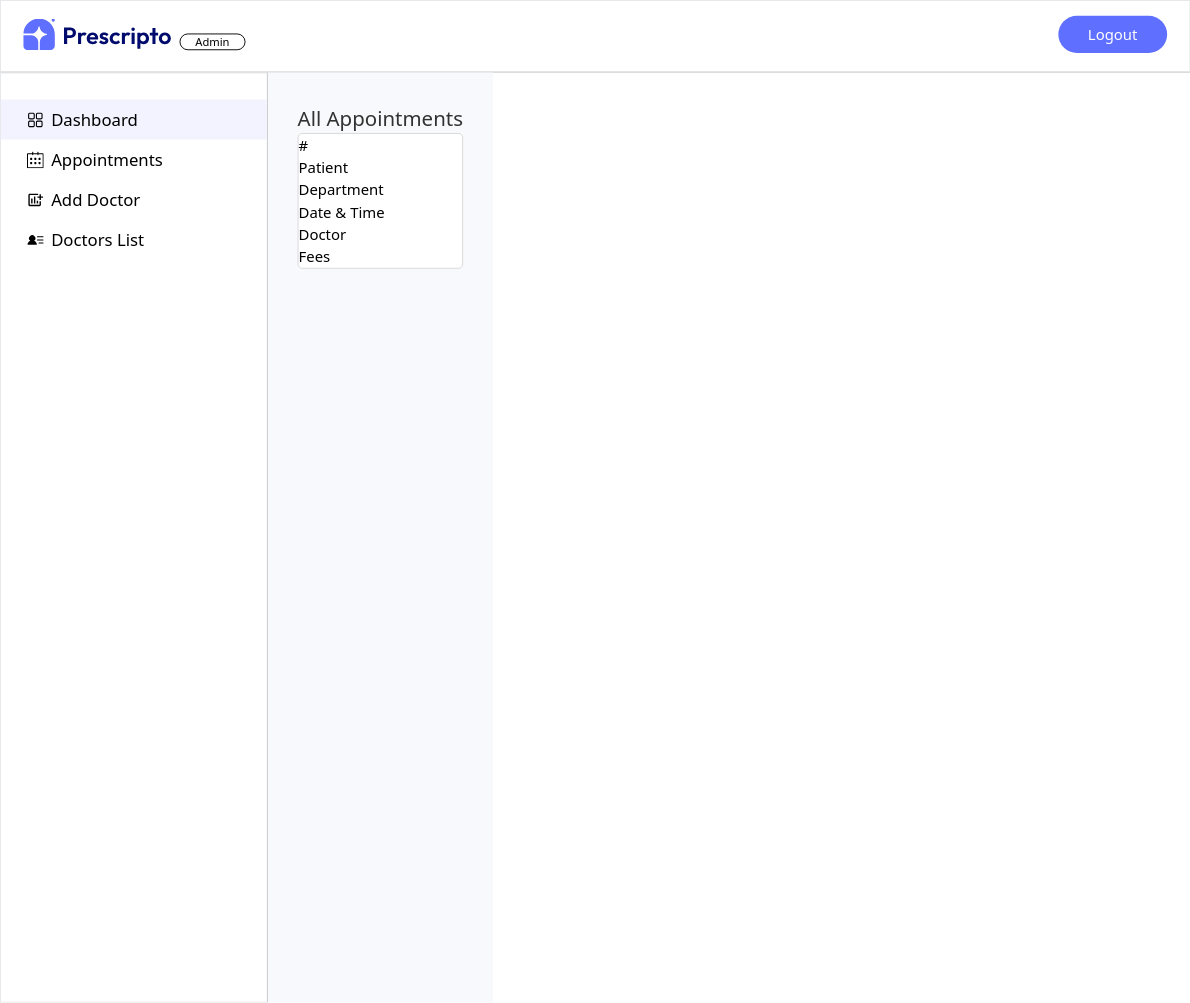
Repository: AzizHamdi99/Prescripto
Page: /allAppointments (app in AdminPanel/)
The author's editor kept a copy of each file at every save. The page is drawn from the files as they stood at one save, then again after the next save.
The browser window is 1280 px wide. The pictures show the whole page, at 93% of full size.
The page's requests for data from a server got no answer. The project was rebuilt for these pictures with package versions that can differ from the ones it lists, and the page was loaded fresh each time. No one was signed in, and anything a server would have sent is missing. Also part of the build but not shown: AdminPanel/vite.config.js, AdminPanel/src/componants/AddDoctor.jsx, AdminPanel/src/componants/DocotorsList.jsx.

Above is the page before, as saved 2025-01-17 13:10:11.

### AdminPanel/index.html
<!doctype html>
<html lang="en">
  <head>
    <meta charset="UTF-8" />
    <link rel="icon" type="image/svg+xml" href="/vite.svg" />
    <meta name="viewport" content="width=device-width, initial-scale=1.0" />
    <title>Prescripto Admin</title>
  </head>
  <body>
    <div id="root"></div>
    <script type="module" src="/src/main.jsx"></script>
  </body>
</html>

### AdminPanel/src/main.jsx
import { StrictMode } from 'react'
import { createRoot } from 'react-dom/client'
import './index.css'
import App from './App.jsx'
import { BrowserRouter } from "react-router-dom";

createRoot(document.getElementById('root')).render(
  <BrowserRouter>
    <App />
  </BrowserRouter>,
)

### AdminPanel/src/App.jsx
import { useState } from 'react'
import{Route,Routes} from 'react-router-dom'

import './App.css'
import Navbar from './componants/Navbar'
import SideBar from './componants/SideBar'
import AddDoctor from './componants/AddDoctor'
import DocotorsList from './componants/DocotorsList'
import AllAppointments from './componants/AllAppointments'

function App() {


  return (
    <div>
      <Navbar/>
      <div className='flex'>
      <SideBar/>
      <Routes>
      <Route path='/addDoctor' element={<AddDoctor/>}/>
      <Route path='/doctorsList' element={<DocotorsList/>}/>
      <Route path='allAppointments' element={<AllAppointments/>}/>
      </Routes>
      </div>
    </div>

  )
}

export default App

### AdminPanel/src/componants/Navbar.jsx
import React from 'react'
import { assets } from '../../../frontend/src/assets/assets_frontend/assets'

function Navbar() {
  return (
    <div className='flex items-center justify-between px-6 py-4 pb-5 border-b-[#BEBEBE] border-[1px]  '>
        <div className='flex items-center justify-center'>
        <img src={assets.logo} alt="" className=' w-40 mr-2'  />
         <p className=' px-4 border-black border 1 rounded-xl font-light text-xs relative top-2'>Admin</p>
                </div>
        <span className='py-2 px-8 rounded-3xl bg-[#5F6FFF] text-white'>Logout</span>



    </div>
  )
}

export default Navbar

### AdminPanel/src/componants/SideBar.jsx
import React from 'react'
import { assets } from '../../../frontend/src/assets/assets_frontend/assets'
import { RxDashboard } from "react-icons/rx";
import { SlCalender } from "react-icons/sl";
import { MdAddChart } from "react-icons/md";
import { PiUserListFill } from "react-icons/pi";
import { useNavigate } from 'react-router-dom';


function SideBar() {
  const navigate=useNavigate();
  return (
    <div className='flex flex-col py-7 w-72 text-[18px] border-r-[#BEBEBE] border-[1px] h-[1000px]'>
        <div className='flex items-center gap-2  px-7 py-2 bg-[#F2F3FF] cursor-pointer'>
        <RxDashboard />
        <p>Dashboard</p>
        </div>
        <div onClick={()=>navigate("/allAppointments")} className='flex items-center gap-2 px-7 py-2  cursor-pointer' >
        <SlCalender />
        <p>Appointments</p>
        </div>
        <div onClick={()=>navigate("/addDoctor")} className='flex items-center gap-2 px-7 py-2  cursor-pointer'>
        <MdAddChart />
        <p>Add Doctor</p>
        </div>
        <div onClick={()=>navigate("/doctorsList")}  className='flex items-center gap-2 px-7 py-2  cursor-pointer'>
        <PiUserListFill />
        <p>Doctors List</p>
        </div>

    </div>
  )
}

export default SideBar

### AdminPanel/src/componants/AllAppointments.jsx
import axios from 'axios'
import React, { useEffect, useState } from 'react'

function AllAppointments() {
const[appointments,setAppointments]=useState([])
const [users,setUsers]=useState([])
const [doctors,setDoctors]=useState([])

useEffect(()=>{
    const getAllApointments=async()=>{
        try{
            const response=await axios.get('http://localhost:3000/api/appointment/getAllAppointments')
            setAppointments(response.data)
         //   console.log(response.data)
            console.log(appointments)
        }catch(eroor){
            console.log(eroor)
        }
    }

    const getAllUsers=async()=>{
        try{
            const response=await axios.get('http://localhost:3000/api/user/getAllUsers')
            setUsers(response.data)
            console.log(users)
        }catch(error){
            console.log(error)
        }
    }
    const getAllDoctors=async()=>{
        try{
            const response= await axios.get('http://localhost:3000/api/doctors/getAllDoctors')
            //console.log(response.data)
            setDoctors(response.data);

        }catch(error){
            console.error('eroorr fetching daata',error)
        }


    }
    getAllApointments()
    getAllUsers()
    getAllDoctors()

},[])
useEffect(() => {
    console.log( appointments); // Log updated state
}, [appointments]); // Log whenever the state changes

  return (
    <div className='p-8 bg-[#f8f9fd]'>
        <p className='text-[22px] text-[#323232] font-[500]'>All Appointments</p>
        <div className='border-[1px] border-[#D8D8D8] rounded-[5px] bg-white'>
            <div>
                <p>#</p>
                <p>Patient</p>
                <p>Department</p>
                <p>Date & Time</p>
                <p>Doctor</p>
                <p>Fees</p>
            </div>
            <div>
                {appointments.map((item)=>{
                    const user=users.find((u)=>u.id==item.user_id)
                    const doctor=doctors.find((d)=>d.id==item.doctor_id)
                    return(
                        <div>
                            <p>{item.id}</p>
                            <p>{user.name}</p>
                            <p>{doctor.speciality}</p>
                            <p>{item.time}</p>
                            <div>
                                <img src={`http://localhost:3000/${doctor.image}`} alt="" />
                                <p>{doctor.name}</p>

                            </div>
                            <p>{doctor.fees}</p>

                        </div>
                    )




                })}

            </div>

        </div>

    </div>
  )
}

export default AllAppointments

### frontend/src/assets/assets_frontend/assets.js
import appointment_img from './appointment_img.png'
import header_img from './header_img.png'
import group_profiles from './group_profiles.png'
import profile_pic from './profile_pic.png'
import contact_image from './contact_image.png'
import about_image from './about_image.png'
import logo from './logo.svg'
import dropdown_icon from './dropdown_icon.svg'
import dropup_icon from './arrow-drop-up.svg'
import menu_icon from './menu_icon.svg'
import cross_icon from './cross_icon.png'
import chats_icon from './chats_icon.svg'
import verified_icon from './verified_icon.svg'
import arrow_icon from './arrow_icon.svg'
import info_icon from './info_icon.svg'
import upload_icon from './upload_icon.png'
import stripe_logo from './stripe_logo.png'
import razorpay_logo from './razorpay_logo.png'
import doc1 from './doc1.png'
import doc2 from './doc2.png'
import doc3 from './doc3.png'
import doc4 from './doc4.png'
import doc5 from './doc5.png'
import doc6 from './doc6.png'
import doc7 from './doc7.png'
import doc8 from './doc8.png'
import doc9 from './doc9.png'
import doc10 from './doc10.png'
import doc11 from './doc11.png'
import doc12 from './doc12.png'
import doc13 from './doc13.png'
import doc14 from './doc14.png'
import doc15 from './doc15.png'
import Dermatologist from './Dermatologist.svg'
import Gastroenterologist from './Gastroenterologist.svg'
import General_physician from './General_physician.svg'
import Gynecologist from './Gynecologist.svg'
import Neurologist from './Neurologist.svg'
import Pediatricians from './Pediatricians.svg'
import uploadare from './upload_area.png'


export const assets = {
    appointment_img,
    header_img,
    group_profiles,
    logo,
    chats_icon,
    verified_icon,
    info_icon,
    profile_pic,
    arrow_icon,
    contact_image,
    about_image,
    menu_icon,
    cross_icon,
    dropdown_icon,
    upload_icon,
    stripe_logo,
    razorpay_logo,
    dropup_icon,
    uploadare
}

export const specialityData = [
    {
        speciality: 'General physician',
        image: General_physician
    },
    {
        speciality: 'Gynecologist',
        image: Gynecologist
    },
    {
        speciality: 'Dermatologist',
        image: Dermatologist
    },
    {
        speciality: 'Pediatricians',
        image: Pediatricians
    },
    {
        speciality: 'Neurologist',
        image: Neurologist
    },
    {
        speciality: 'Gastroenterologist',
        image: Gastroenterologist
    },
]

export const doctors = [
    {
        _id: 'doc1',
        name: 'Dr. Richard James',
        image: doc1,
        speciality: 'General physician',
        degree: 'MBBS',
        experience: '4 Years',
        about: 'Dr. Davis has a strong commitment to delivering comprehensive medical care, focusing on preventive medicine, early diagnosis, and effective treatment strategies. Dr. Davis has a strong commitment to delivering comprehensive medical care, focusing on preventive medicine, early diagnosis, and effective treatment strategies.',
        fees: 50,
        address: {
            line1: '17th Cross, Richmond',
            line2: 'Circle, Ring Road, London'
        }
    },
    {
        _id: 'doc2',
        name: 'Dr. Emily Larson',
        image: doc2,
        speciality: 'Gynecologist',
        degree: 'MBBS',
        experience: '3 Years',
        about: 'Dr. Davis has a strong commitment to delivering comprehensive medical care, focusing on preventive medicine, early diagnosis, and effective treatment strategies. Dr. Davis has a strong commitment to delivering comprehensive medical care, focusing on preventive medicine, early diagnosis, and effective treatment strategies.',
        fees: 60,
        address: {
            line1: '27th Cross, Richmond',
            line2: 'Circle, Ring Road, London'
        }
    },
    {
        _id: 'doc3',
        name: 'Dr. Sarah Patel',
        image: doc3,
        speciality: 'Dermatologist',
        degree: 'MBBS',
        experience: '1 Years',
        about: 'Dr. Davis has a strong commitment to delivering comprehensive medical care, focusing on preventive medicine, early diagnosis, and effective treatment strategies. Dr. Davis has a strong commitment to delivering comprehensive medical care, focusing on preventive medicine, early diagnosis, and effective treatment strategies.',
        fees: 30,
        address: {
            line1: '37th Cross, Richmond',
            line2: 'Circle, Ring Road, London'
        }
    },
    {
        _id: 'doc4',
        name: 'Dr. Christopher Lee',
        image: doc4,
        speciality: 'Pediatricians',
        degree: 'MBBS',
        experience: '2 Years',
        about: 'Dr. Davis has a strong commitment to delivering comprehensive medical care, focusing on preventive medicine, early diagnosis, and effective treatment strategies. Dr. Davis has a strong commitment to delivering comprehensive medical care, focusing on preventive medicine, early diagnosis, and effective treatment strategies.',
        fees: 40,
        address: {
            line1: '47th Cross, Richmond',
            line2: 'Circle, Ring Road, London'
        }
    },
    {
        _id: 'doc5',
        name: 'Dr. Jennifer Garcia',
        image: doc5,
        speciality: 'Neurologist',
        degree: 'MBBS',
        experience: '4 Years',
        about: 'Dr. Davis has a strong commitment to delivering comprehensive medical care, focusing on preventive medicine, early diagnosis, and effective treatment strategies. Dr. Davis has a strong commitment to delivering comprehensive medical care, focusing on preventive medicine, early diagnosis, and effective treatment strategies.',
        fees: 50,
        address: {
            line1: '57th Cross, Richmond',
            line2: 'Circle, Ring Road, London'
        }
    },
    {
        _id: 'doc6',
        name: 'Dr. Andrew Williams',
        image: doc6,
        speciality: 'Neurologist',
        degree: 'MBBS',
        experience: '4 Years',
        about: 'Dr. Davis has a strong commitment to delivering comprehensive medical care, focusing on preventive medicine, early diagnosis, and effective treatment strategies. Dr. Davis has a strong commitment to delivering comprehensive medical care, focusing on preventive medicine, early diagnosis, and effective treatment strategies.',
        fees: 50,
        address: {
            line1: '57th Cross, Richmond',
            line2: 'Circle, Ring Road, London'
        }
    },
    {
        _id: 'doc7',
        name: 'Dr. Christopher Davis',
        image: doc7,
        speciality: 'General physician',
        degree: 'MBBS',
        experience: '4 Years',
        about: 'Dr. Davis has a strong commitment to delivering comprehensive medical care, focusing on preventive medicine, early diagnosis, and effective treatment strategies. Dr. Davis has a strong commitment to delivering comprehensive medical care, focusing on preventive medicine, early diagnosis, and effective treatment strategies.',
        fees: 50,
        address: {
            line1: '17th Cross, Richmond',
            line2: 'Circle, Ring Road, London'
        }
    },
    {
        _id: 'doc8',
        name: 'Dr. Timothy White',
        image: doc8,
        speciality: 'Gynecologist',
        degree: 'MBBS',
        experience: '3 Years',
        about: 'Dr. Davis has a strong commitment to delivering comprehensive medical care, focusing on preventive medicine, early diagnosis, and effective treatment strategies. Dr. Davis has a strong commitment to delivering comprehensive medical care, focusing on preventive medicine, early diagnosis, and effective treatment strategies.',
        fees: 60,
        address: {
            line1: '27th Cross, Richmond',
            line2: 'Circle, Ring Road, London'
        }
    },
    {
        _id: 'doc9',
        name: 'Dr. Ava Mitchell',
        image: doc9,
        speciality: 'Dermatologist',
        degree: 'MBBS',
        experience: '1 Years',
        about: 'Dr. Davis has a strong commitment to delivering comprehensive medical care, focusing on preventive medicine, early diagnosis, and effective treatment strategies. Dr. Davis has a strong commitment to delivering comprehensive medical care, focusing on preventive medicine, early diagnosis, and effective treatment strategies.',
        fees: 30,
        address: {
            line1: '37th Cross, Richmond',
            line2: 'Circle, Ring Road, London'
        }
    },
    {
        _id: 'doc10',
        name: 'Dr. Jeffrey King',
        image: doc10,
        speciality: 'Pediatricians',
        degree: 'MBBS',
        experience: '2 Years',
        about: 'Dr. Davis has a strong commitment to delivering comprehensive medical care, focusing on preventive medicine, early diagnosis, and effective treatment strategies. Dr. Davis has a strong commitment to delivering comprehensive medical care, focusing on preventive medicine, early diagnosis, and effective treatment strategies.',
        fees: 40,
        address: {
            line1: '47th Cross, Richmond',
            line2: 'Circle, Ring Road, London'
        }
    },
    {
        _id: 'doc11',
        name: 'Dr. Zoe Kelly',
        image: doc11,
        speciality: 'Neurologist',
        degree: 'MBBS',
        experience: '4 Years',
        about: 'Dr. Davis has a strong commitment to delivering comprehensive medical care, focusing on preventive medicine, early diagnosis, and effective treatment strategies. Dr. Davis has a strong commitment to delivering comprehensive medical care, focusing on preventive medicine, early diagnosis, and effective treatment strategies.',
        fees: 50,
        address: {
            line1: '57th Cross, Richmond',
            line2: 'Circle, Ring Road, London'
        }
    },
    {
        _id: 'doc12',
        name: 'Dr. Patrick Harris',
        image: doc12,
        speciality: 'Neurologist',
        degree: 'MBBS',
        experience: '4 Years',
        about: 'Dr. Davis has a strong commitment to delivering comprehensive medical care, focusing on preventive medicine, early diagnosis, and effective treatment strategies. Dr. Davis has a strong commitment to delivering comprehensive medical care, focusing on preventive medicine, early diagnosis, and effective treatment strategies.',
        fees: 50,
        address: {
            line1: '57th Cross, Richmond',
            line2: 'Circle, Ring Road, London'
        }
    },
    {
        _id: 'doc13',
        name: 'Dr. Chloe Evans',
        image: doc13,
        speciality: 'General physician',
        degree: 'MBBS',
        experience: '4 Years',
        about: 'Dr. Davis has a strong commitment to delivering comprehensive medical care, focusing on preventive medicine, early diagnosis, and effective treatment strategies. Dr. Davis has a strong commitment to delivering comprehensive medical care, focusing on preventive medicine, early diagnosis, and effective treatment strategies.',
        fees: 50,
        address: {
            line1: '17th Cross, Richmond',
            line2: 'Circle, Ring Road, London'
        }
    },
    {
        _id: 'doc14',
        name: 'Dr. Ryan Martinez',
        image: doc14,
        speciality: 'Gynecologist',
        degree: 'MBBS',
        experience: '3 Years',
        about: 'Dr. Davis has a strong commitment to delivering comprehensive medical care, focusing on preventive medicine, early diagnosis, and effective treatment strategies. Dr. Davis has a strong commitment to delivering comprehensive medical care, focusing on preventive medicine, early diagnosis, and effective treatment strategies.',
        fees: 60,
        address: {
            line1: '27th Cross, Richmond',
            line2: 'Circle, Ring Road, London'
        }
    },
    {
        _id: 'doc15',
        name: 'Dr. Amelia Hill',
        image: doc15,
        speciality: 'Dermatologist',
        degree: 'MBBS',
        experience: '1 Years',
        about: 'Dr. Davis has a strong commitment to delivering comprehensive medical care, focusing on preventive medicine, early diagnosis, and effective treatment strategies. Dr. Davis has a strong commitment to delivering comprehensive medical care, focusing on preventive medicine, early diagnosis, and effective treatment strategies.',
        fees: 30,
        address: {
            line1: '37th Cross, Richmond',
            line2: 'Circle, Ring Road, London'
        }
    },
]

Loaded but not shown: AdminPanel/src/index.css (common file); AdminPanel/tailwind.config.js (common file); AdminPanel/src/App.css (no stored copy; drawn as an empty file)

After the next save:
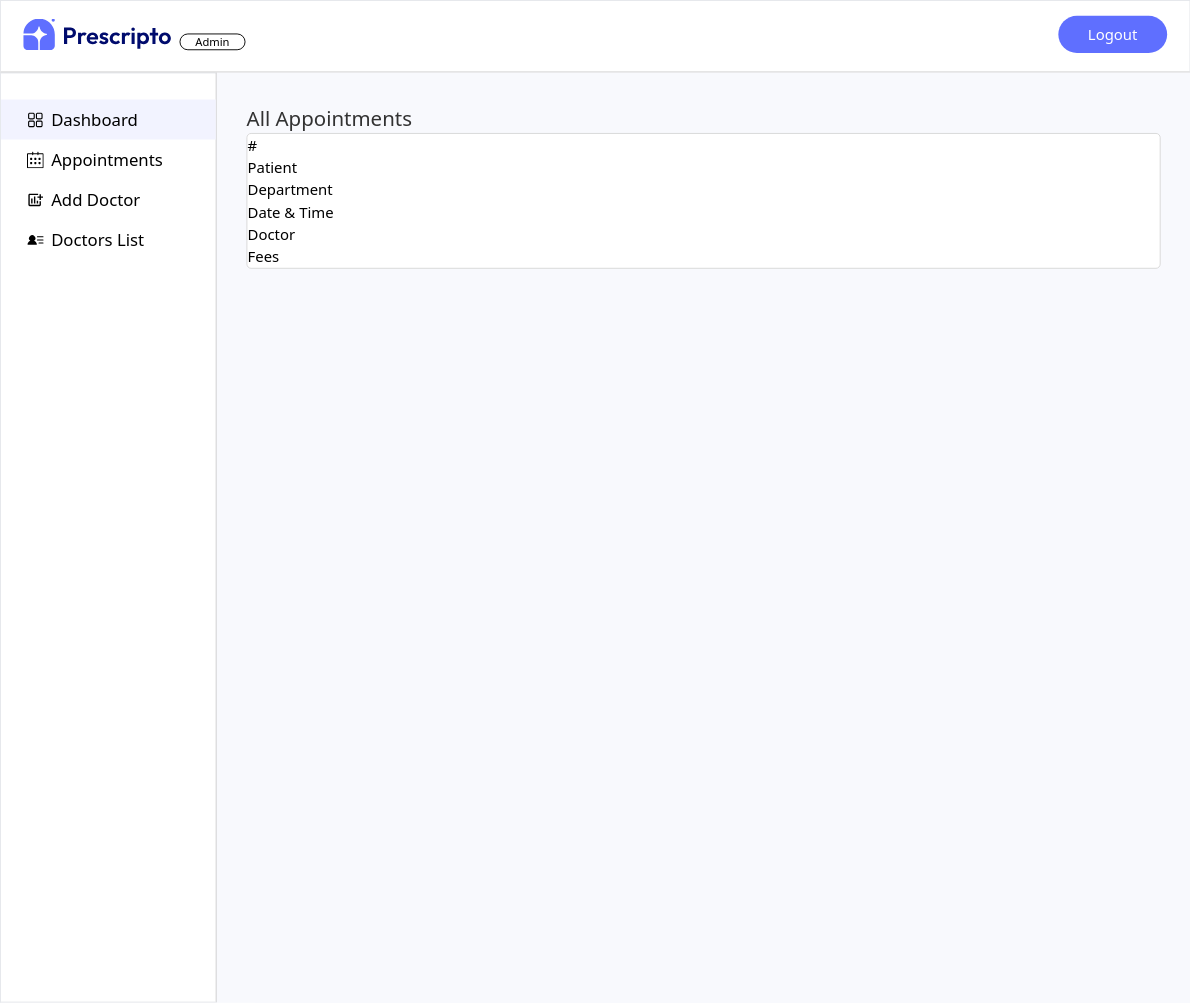
Saved 6 s later.
--- a/AdminPanel/src/componants/AllAppointments.jsx
+++ b/AdminPanel/src/componants/AllAppointments.jsx
@@ -49,7 +49,7 @@ useEffect(() => {
 }, [appointments]); // Log whenever the state changes
 
   return (
-    <div className='p-8 bg-[#f8f9fd]'>
+    <div className='p-8 bg-[#f8f9fd] w-full'>
         <p className='text-[22px] text-[#323232] font-[500]'>All Appointments</p>
         <div className='border-[1px] border-[#D8D8D8] rounded-[5px] bg-white'>
             <div>
